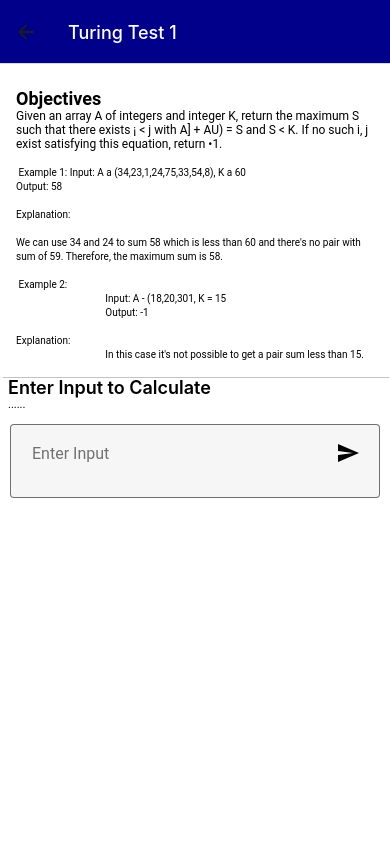
Repository: seyicoded/rn-crazy-algorithm-app
Screen: /TuringTest1
These files come from the project's save history. The screen is drawn as it stood at one moment and after the next save; the edit follows.
The app was drawn by React Native's web renderer in a window 390 px wide. The project was rebuilt for these pictures with package versions that can differ from the ones it lists, and the page was loaded fresh each time. Also part of the build but not shown: src/screens/sort.js, src/screens/filter.js, src/screens/advance.js, src/screens/sorts/Sort_simple_number.js, src/screens/sorts/Sort_alphabet.js, src/screens/filters/Filter_simple_number.js, src/screens/advance/Advance_number.js, src/screens/advance/Multiplier_number.js.

Above is the screen before, as saved 2022-04-01 23:24:23.

After the next save:
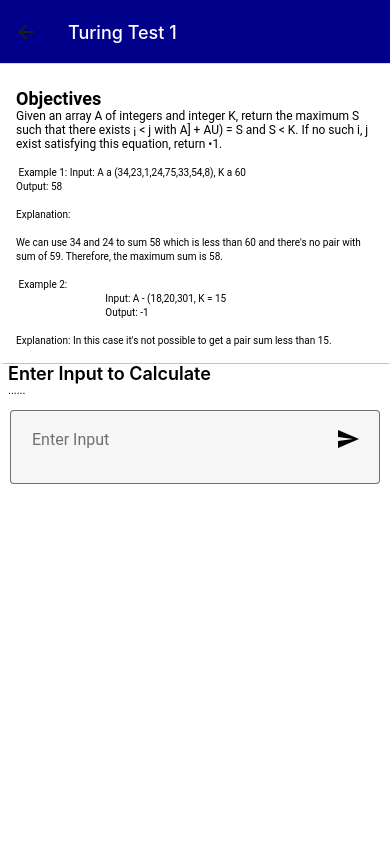
Saved 6 s later.
--- a/src/screens/advance/TuringTest1.js
+++ b/src/screens/advance/TuringTest1.js
@@ -83,8 +83,7 @@ export default function TuringTest1() {
                                     \n Example 2:
                                     Input: A - (18,20,301, K = 15
                                     Output: -1
-                                    \nExplanation:
-                                    In this case it's not possible to get a pair sum less than 15.`}
+                                    \nExplanation: In this case it's not possible to get a pair sum less than 15.`}
                             </Text>
                         </Text>
                     </View>
